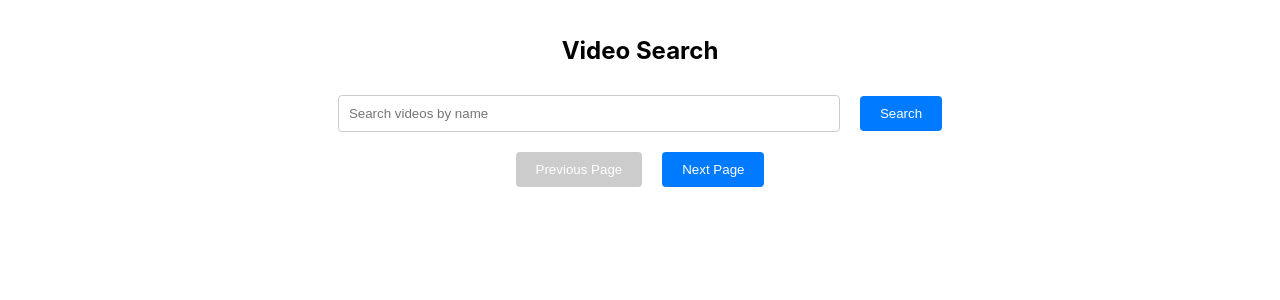
Repository: LolaSL/video-search
Page: /
An editor plug-in stored every save of this project. The page is shown before and after the next save, followed by the edit.
The browser window is 1280 px wide. The pictures show the whole page.
The project was rebuilt for these pictures with package versions that can differ from the ones it lists, and the page was loaded fresh each time.

Above is the page before, as saved 2023-08-12 13:09:09.

After the next save:
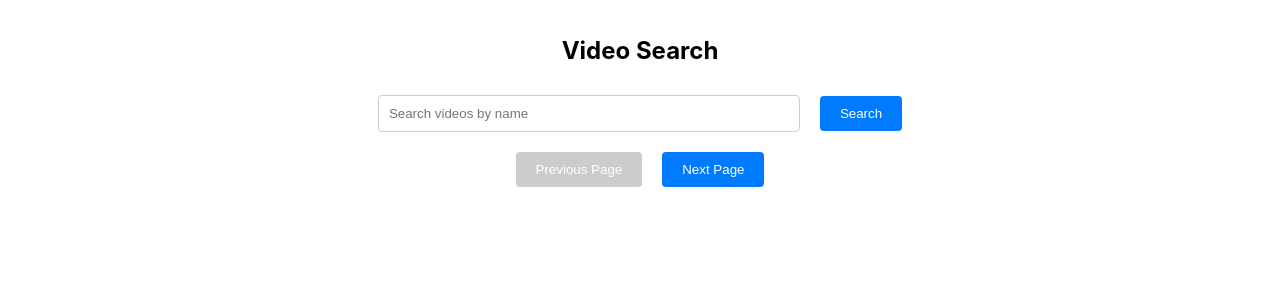
Saved 11 s later.
--- a/src/App.css
+++ b/src/App.css
@@ -18,7 +18,7 @@ h1 {
 
 input[type="text"] {
   padding: 10px;
-  width: 60%;
+  width: 50%;
   margin: 10px;
   border: 1px solid #ccc;
   border-radius: 4px;
